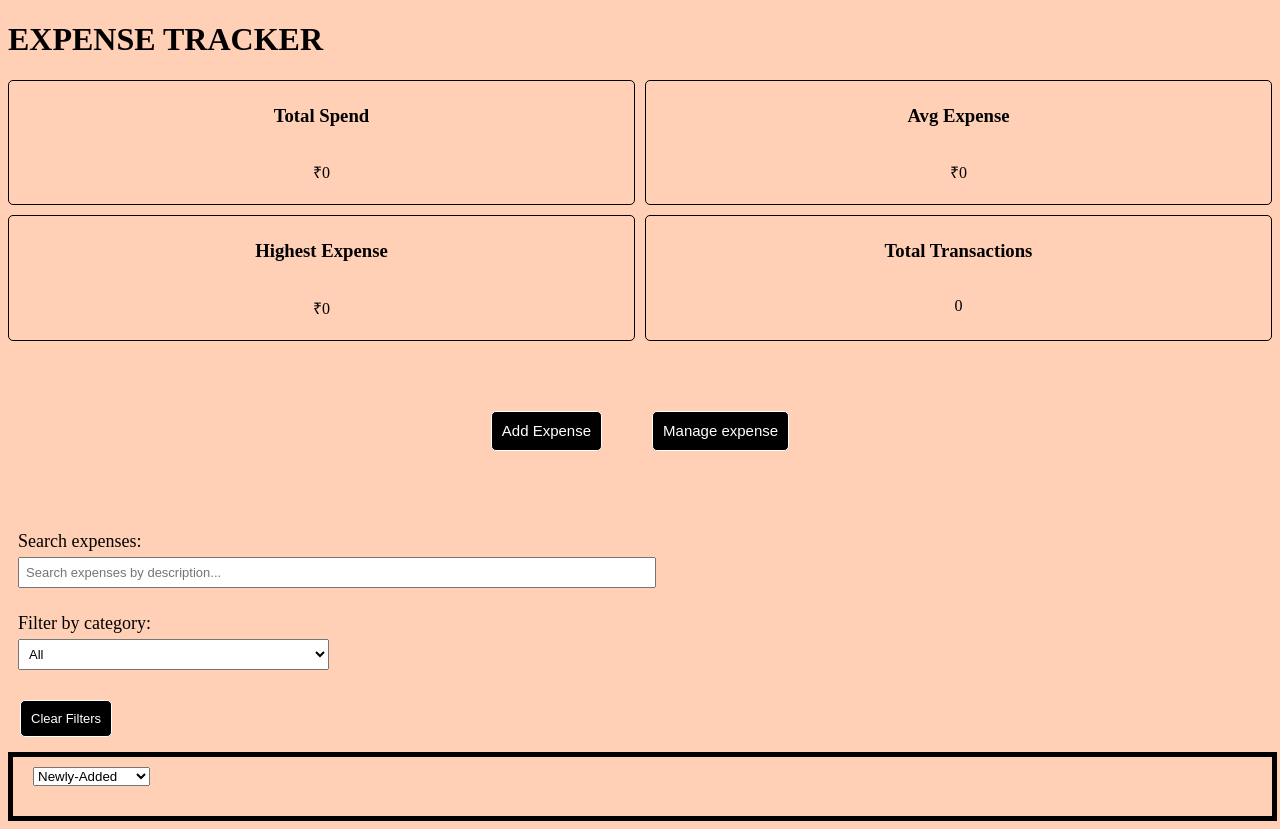
Repository: Gaurav124937/Expense-Tracker
Page: index.html
An editor plug-in stored every save of this project. The page is shown before and after a run of saves, followed by the edit.
The browser window is 1280 px wide. The pictures show the whole page.

Above is the page before, as saved 2026-09-20 20:08:31.

### index.html
<!doctype html>
<html lang="en">
  <head>
    <meta charset="UTF-8" />
    <meta name="viewport" content="width=device-width, initial-scale=1.0" />
    <title>Expense tracker</title>
    <link rel="stylesheet" href="style.css" />
    <script src="script.js" defer></script>
  </head>

  <body>
    <h1>EXPENSE TRACKER</h1>

    <div class="grid">
      <section class="section">
        <h3>Total Spend</h3>
        <p>₹0</p>
      </section>

      <section class="section">
        <h3>Avg Expense</h3>
        <p>₹0</p>
      </section>

      <section class="section">
        <h3>Highest Expense</h3>
        <p>₹0</p>
      </section>

      <section class="section">
        <h3>Total Transactions</h3>
        <p>0</p>
      </section>
    </div>

    <div class="buttons-grid">
      <button class="btn add-expense-button">Add Expense</button>
      <button class="btn manage-expense-button">Manage expense</button>
    </div>

    <div class="filter-container">
      <div class="search-filter-container">
        <label class="filter-form-label" for="expense-search"
          >Search expenses:</label
        >
        <input
          type="text"
          class="expense-search"
          placeholder="Search expenses by description..."
        />
      </div>
      <div class="category-filter-container">
        <label class="filter-form-label" for="category"
          >Filter by category:</label
        >
        <select class="category-filter" name="category">
          <option value="all">All</option>
          <option value="food">Food</option>
          <option value="petrol">Petrol</option>
          <option value="travel">Travel</option>
          <option value="shopping">Shopping</option>
          <option value="transport">Transport</option>
          <option value="other">Other</option>
        </select>
      </div>
      <div>
        <button class="clear-filters">Clear Filters</button>
      </div>
    </div>
    <div class="main-container">
      <div class="expense-card-sort">
        <select class="sort-expenses">
          <option value="latest">Newly-Added</option>
          <option value="newest">Newest First</option>
          <option value="oldest">Oldest First</option>
          <option value="highest">Highest Amount</option>
          <option value="lowest">Lowest Amount</option>
        </select>
      </div>
      <div class="expense-list expense-list-view"></div>
    </div>
    <form method="post" class="expense-form form-hidden">
      <div class="form">
        <p>ADD YOUR DETAILS</p>

        <div class="formating">
          <label for="expense">Enter amount</label>
          <input type="number" id="expense" name="expense" />
        </div>

        <div class="formating">
          <label for="description">Enter description</label>
          <input type="text" id="description" name="description" />
        </div>

        <div class="formating">
          <label for="category">Select category</label>
          <select id="category" name="category">
            <option value="all">All</option>
            <option value="food">Food</option>
            <option value="petrol">Petrol</option>
            <option value="travel">Travel</option>
            <option value="shopping">Shopping</option>
            <option value="transport">Transport</option>
            <option value="other">Other</option>
          </select>
        </div>

        <div class="formating">
          <label for="date">Enter date</label>
          <input type="date" id="date" name="date" />
        </div>

        <div class="formating">
          <button class="save-expense-button" type="submit">
            Save expense
          </button>
        </div>
      </div>
    </form>

    <div class="total-expense"></div>
  </body>
</html>

### style.css
.grid {
  display: grid;
  grid-template-columns: repeat(2, 1fr);
  gap: 10px;
}

.section {
  display: flex;
  flex-direction: column;
  align-items: center;
  border-radius: 5px;
  border-color: black;
  border: 1px solid;
  padding: 5px;
}
.buttons-grid {
  display: flex;
  flex-direction: row;
  padding: 50px;
  gap: 10px;
  justify-content: center;
}
.btn {
  padding: 10px;
  border-radius: 5px;
  border-color: black;
  border: 1px solid;
  margin: 20px;
  font-size: 15px;
  block-size: 40px;
  color: white;
  background-color: black;
}
.form {
  display: flex;
  flex-direction: column;
  padding: 20px;
}
.formating {
  display: flex;
  flex-direction: column;
  padding: 5px;
  width: 75%;
}
.save-expense-button {
  padding: 10px;
  border-radius: 5px;
  border-color: black;
  border: 1px solid;
  margin-top: 20px;
  font-size: 15px;
  block-size: 40px;
  color: white;
  background-color: black;
  width: 45%;
}
.form-hidden {
  display: none;
}

.main-container {
  padding: 10px;
  border: 5px solid;
  gap: 10px;
  width: 98%;
}

.expense-list-view {
  display: flex;
  flex-direction: row;
  padding: 10px;
  gap: 10px;
  overflow-x: auto;
}
.expense-display-card {
  display: flex;
  flex-direction: column;
  padding: 8px;
  border: 3px solid;
  border-radius: 10px;
  width: 200px;
  background-color: rgba(0, 26, 255, 0.585);
  height: 300px;
  flex-shrink: 0;
  box-sizing: border-box;
}

.expense-text-styling {
  font-size: 15px;
  color: white;
  font-weight: bold;
}

.delete-expense-button {
  padding: 5px;
  border-radius: 5px;
  width: 50%;
  border-color: black;
  border: 1px solid;
  margin-top: 20px;
  font-size: 15px;
  block-size: 30px;
  color: white;
  background-color: rgba(255, 0, 0, 0.761);
}

.edit-expense-button {
  padding: 5px;
  border-radius: 5px;
  width: 50%;
  border-color: black;
  border: 1px solid;
  margin-top: 20px;
  font-size: 15px;
  block-size: 30px;
  color: white;
  background-color: rgb(0, 0, 0);
}

.expense-info {
  display: flex;
  flex-direction: column;
  flex: 1;
  min-height: 0;
  overflow: auto;
}
.expense-actions {
  display: flex;
  flex-direction: row;
  gap: 10px;
  margin-top: auto;
  flex-shrink: 0;
}

body {
  background-color: rgba(255, 94, 0, 0.288);
}

.expense-description {
  text-overflow: ellipsis;
  overflow: hidden;
  overflow-wrap: break-word;
  line-clamp: 3;
  -webkit-line-clamp: 3;
  display: -webkit-box;
  -webkit-box-orient: vertical;
}

.expense-description.expanded {
  display: block;
  line-clamp: unset;
  -webkit-line-clamp: unset;
  overflow: visible;
  overflow-wrap: break-word;
}
.expense-search {
  width: 50%;
  font-size: 13px;
  padding: 6px;
  margin-bottom: 10px;
}
.category-filter-container {
  display: flex;
  flex-direction: column;
  padding: 10px;
}
.category-filter {
  width: 25%;
  font-size: 13px;
  padding: 6px;
  margin-bottom: 20px;
}
.filter-container {
  display: flex;
  flex-direction: column;
  padding: 5px;
  gap: 5px;
}
.search-filter-container {
  display: flex;
  flex-direction: column;
  padding: 5px;
}
.category-filter-container {
  display: flex;
  flex-direction: column;
  padding: 5px;
}
.filter-form-label {
  font-size: 18px;
  margin-bottom: 5px;
  color: rgb(0, 0, 0);
}
.clear-filters {
  padding: 10px;
  border-radius: 5px;
  border-color: black;
  margin-left: 7px;
  margin-bottom: 10px;
  border: 1px solid;
  font-size: 13px;
  color: white;
  background-color: black;
}

.expense-card-sort {
  margin-left: 10px;
  font-size: 13px;
  width: 20%;
}

### script.js
const addExpenseButton = document.querySelector(".add-expense-button");

const expenseForm = document.querySelector(".expense-form");

addExpenseButton.addEventListener("click", function showExpenseForm() {
  expenseForm.classList.toggle("form-hidden");
});

const expenses = [];
getData();

expenses.forEach((expense) => {
  renderExpense(expense);
});

let editingExpenseId = null;

// FUNCTION WORKS ON SUBMITTING THE FORM
expenseForm.addEventListener("submit", function (event) {
  event.preventDefault();
  const amount = Number(document.querySelector("#expense").value);
  const descript = document.querySelector("#description").value;
  const category = document.querySelector("#category").value;
  const date = document.querySelector("#date").value;

  if (amount <= 0 || descript.trim() === "" || category == "" || date === "") {
    alert("please enter all details carefully");
    return;
  }
  const expense = {
    id: crypto.randomUUID(),
    expense: amount,
    description: descript,
    category: category,
    date: date,
  };

  //IMPLEMENTATION OF EDIT EXPENSE WORKING

  if (editingExpenseId == null) {
    expenses.push(expense);
    storingData();
    expenseForm.reset();

    renderExpense(expense);
  } else {
    const index = expenses.findIndex(
      (expense) => expense.id === editingExpenseId,
    );
    const expenseToSave = expenses[index];
    if (index !== -1) {
      expenseToSave.expense = amount;
      expenseToSave.description = descript;
      expenseToSave.category = category;
      expenseToSave.date = date;
    }

    storingData();
    expenseForm.reset();
    const expenseElement = document.getElementById(editingExpenseId);
    const infoDiv = expenseElement.querySelector(".expense-info");
    infoDiv.innerHTML = `
    <p class="expense-text-styling expense-description ">${expenseToSave.description}</p>
    <p class="expense-text-styling">₹${expenseToSave.expense}</p>
    <p class="expense-text-styling">${expenseToSave.category}</p>
  <p class="expense-text-styling">${expenseToSave.date}</p>
  `;
    document.querySelector(".total-expense").innerHTML =
      `<p>TOTAL EXPENSE: ${totalExpense()}</p>`;

    editingExpenseId = null;
  }
});

//FUNCTION TO FIND TOTAL EXPENSE
function totalExpense() {
  const totalExpense = expenses.reduce((total, expense) => {
    return total + expense.expense;
  }, 0);
  return totalExpense;
}

// FUNCTIONS TO STORE AND GET DATA
function storingData() {
  const expenseArrayString = JSON.stringify(expenses);
  localStorage.setItem("array", expenseArrayString);
}

function getData() {
  const expensesArray = JSON.parse(localStorage.getItem("array"));
  if (expensesArray !== null) {
    expenses.push(...expensesArray);
  }

  console.log(expensesArray);
}

//FUNCTION TO DISPLAY EXPENSE ON DISPLAY
function renderExpense(expense) {
  const expenseList = document.querySelector(".expense-list");

  const expenseElement = document.createElement("div");
  expenseElement.classList.add("expense-display-card");
  expenseElement.id = expense.id;

  const infoDiv = document.createElement("div");
  infoDiv.classList.add("expense-info");
  infoDiv.innerHTML = `
    <p class="expense-text-styling expense-description ">${expense.description}</p>
    <p class="expense-text-styling">₹${expense.expense}</p>
    <p class="expense-text-styling">${expense.category}</p>
  <p class="expense-text-styling">${expense.date}</p>
  `;
  expenseElement.appendChild(infoDiv);

  const actionDiv = document.createElement("div");
  actionDiv.classList.add("expense-actions");
  actionDiv.innerHTML = `
  <button class="delete-expense-button">Delete</button>
  <button class="edit-expense-button">Edit</button>
  `;

  expenseElement.appendChild(actionDiv);

  expenseList.appendChild(expenseElement);
  const descriptionElement = expenseElement.querySelector(
    ".expense-description",
  );
  descriptionElement.addEventListener("click", () => {
    descriptionElement.classList.toggle("expanded");
  });

  updateTotal();

  const deleteExpense = expenseElement.querySelector(".delete-expense-button");
  deleteExpense.addEventListener("click", function () {
    expenseElement.remove();
    const index = expenses.findIndex(
      (expense) => expense.id === expenseElement.id,
    );
    if (index !== -1) {
      expenses.splice(index, 1);
    }

    storingData();

    updateTotal();
  });

  const editExpense = expenseElement.querySelector(".edit-expense-button");
  editExpense.addEventListener("click", function () {
    const index = expenses.findIndex(
      (expense) => expense.id === expenseElement.id,
    );
    if (index !== -1) {
      const expenseToEdit = expenses[index];

      editingExpenseId = expenseToEdit.id;

      document.querySelector("#expense").value = expenseToEdit.expense;
      document.querySelector("#description").value = expenseToEdit.description;
      document.querySelector("#category").value = expenseToEdit.category;
      document.querySelector("#date").value = expenseToEdit.date;
    }
    expenseForm.classList.toggle("form-hidden");
  });
}

const searchInput = document.querySelector(".expense-search");
searchInput.addEventListener("input", updateExpenseList);

const categoryFilter = document.querySelector(".category-filter");
categoryFilter.addEventListener("change", updateExpenseList);

const sortExpenses = document.querySelector(".sort-expenses");
sortExpenses.addEventListener("change", updateExpenseList);


//FUNCTION FOR FILTER EXPENSES BY DESCRIPTION, CATEGORY AND SORTING
function updateExpenseList() {
  const searchText = searchInput.value.toLowerCase();
  const selectedCategory = categoryFilter.value;
  const selectedSort = sortExpenses.value;

  let displayedExpenses = expenses.filter((expense) => {
    const matchesSearch = expense.description
      .toLowerCase()
      .includes(searchText);

    const matchesCategory =
      selectedCategory === "all" ||
      expense.category.toLowerCase() === selectedCategory;

    return matchesSearch && matchesCategory;
  });

  if(selectedSort === "latest"){
    expenses.forEach((expense) => {
    renderExpense(expense);
  });
  }

  if (selectedSort === "highest") {
    displayedExpenses.sort((a, b) => b.expense - a.expense);
  }

  if (selectedSort === "lowest") {
    displayedExpenses.sort((a, b) => a.expense - b.expense);
  }

  if (selectedSort === "newest") {
    displayedExpenses.sort((a, b) => new Date(b.date) - new Date(a.date));
  }

  if (selectedSort === "oldest") {
    displayedExpenses.sort((a, b) => new Date(a.date) - new Date(b.date));
  }

  const expenseList = document.querySelector(".expense-list");
  expenseList.innerHTML = "";

  if (displayedExpenses.length === 0) {
    expenseList.innerHTML = "<p>No expenses found.</p>";
    return;
  }

  displayedExpenses.forEach((expense) => {
    renderExpense(expense);
  });
}
//FUNCTION FOR UPDATING TOTAL
function updateTotal() {
  const totalAmount = document.querySelector(".total-expense");

  totalAmount.innerHTML = `<p>TOTAL EXPENSE: ${totalExpense()}</p>`;
}

//CLEARING FILTER
const clearFiltersButton = document.querySelector(".clear-filters");

clearFiltersButton.addEventListener("click", function () {
  searchInput.value = "";
  categoryFilter.value = "all";
  sortExpenses.value="latest";

  updateExpenseList();
});

After the next 2 saves:
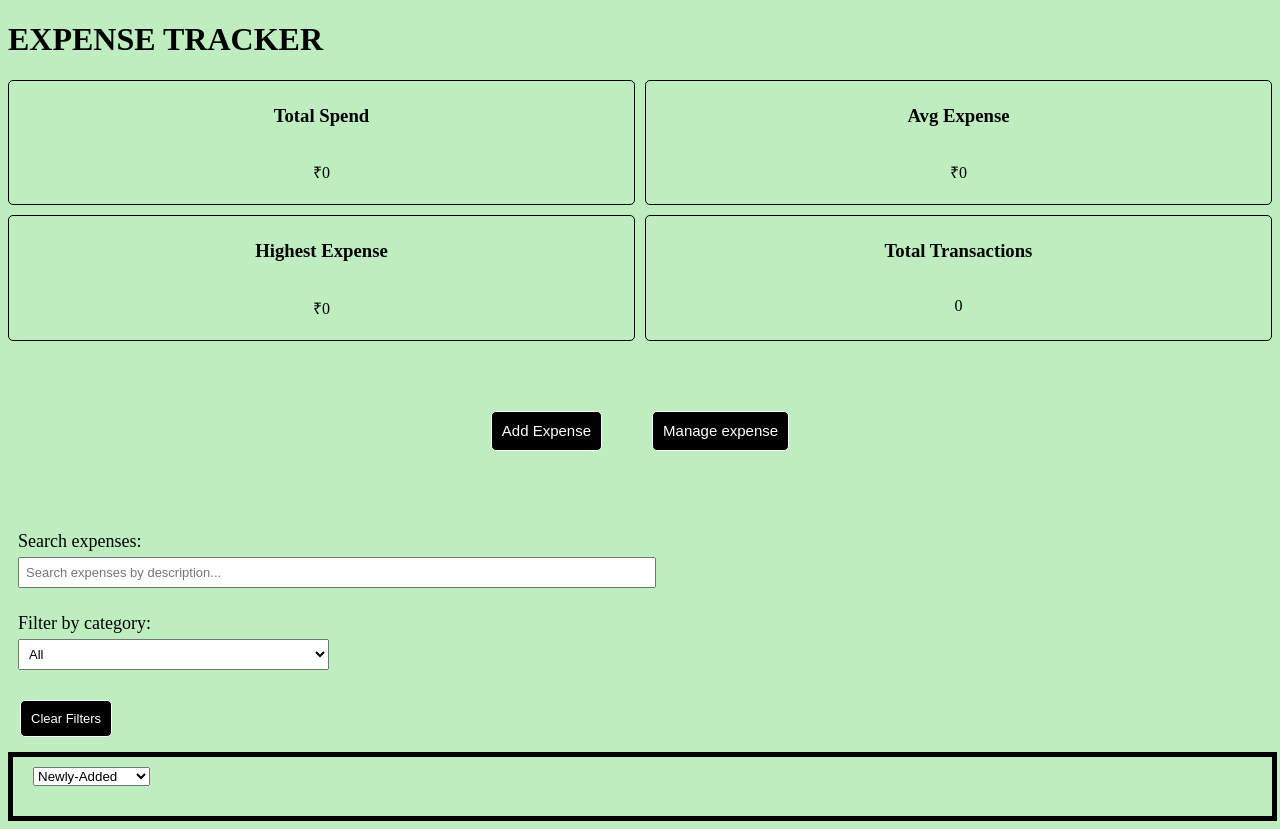
The 2 saves are shown as one change because they came seconds apart.
The last was saved 4 min 18 s later.
--- a/style.css
+++ b/style.css
@@ -133,7 +133,7 @@
 }
 
 body {
-  background-color: rgba(255, 94, 0, 0.288);
+  background-color: rgba(30, 193, 36, 0.288);
 }
 
 .expense-description {
